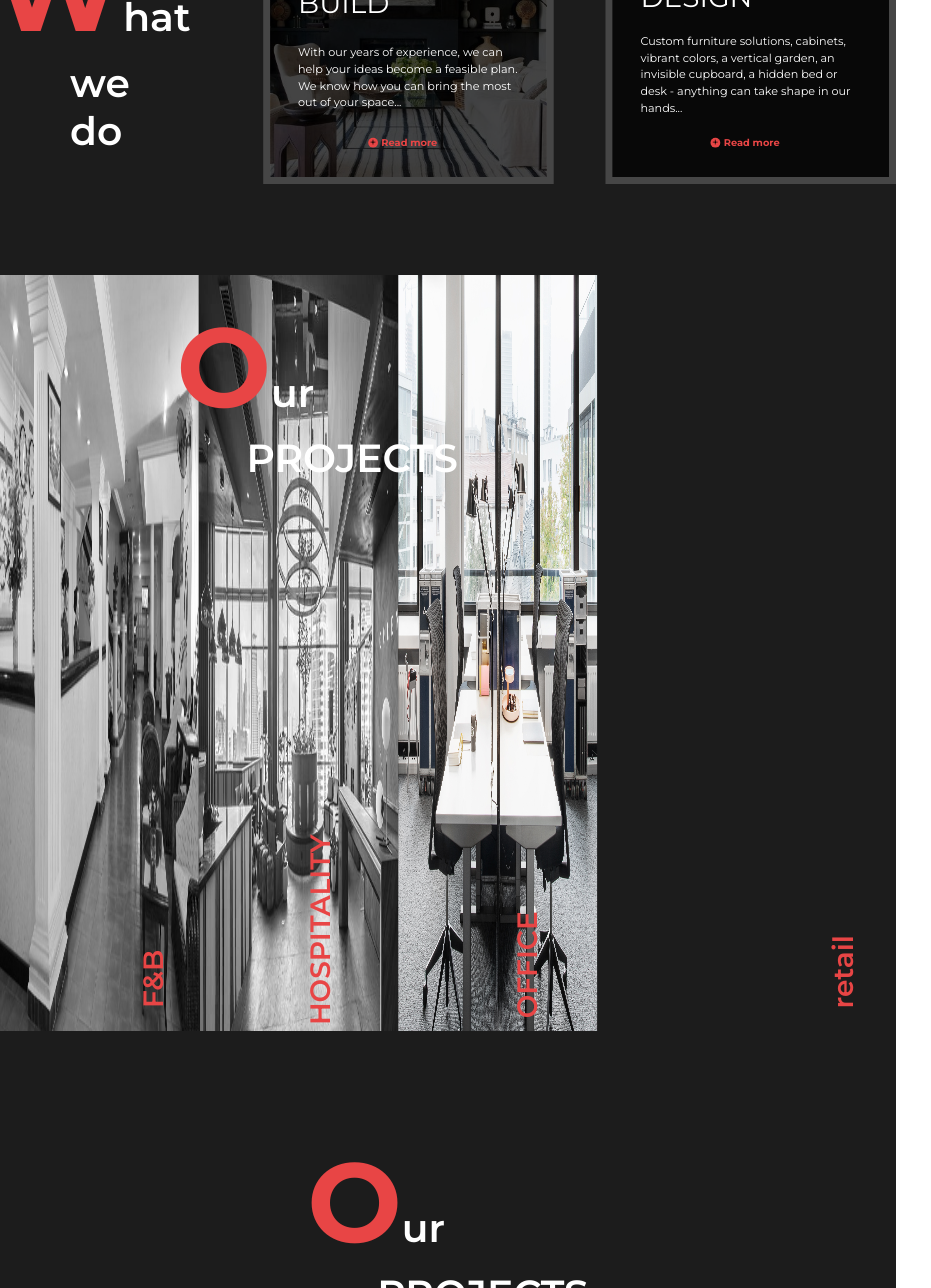
Repository: iphoneboy46/demoMonaFigma
Page: index.html
The author's editor kept a copy of each file at every save. The page is drawn from the files as they stood at one save, then again after the next save.
The browser window is 1280 px wide. The page is 1330 px wide, so the pictures cover 1330 px, including what lies to the right of the window. The pictures show the part of the page from y = 2277 to 4117 px (the page is 5304 px tall), at 70% of full size.
Some web libraries are served in a nearby version.

Above is the page before, as saved 2023-03-20 22:01:58.

After the next save:
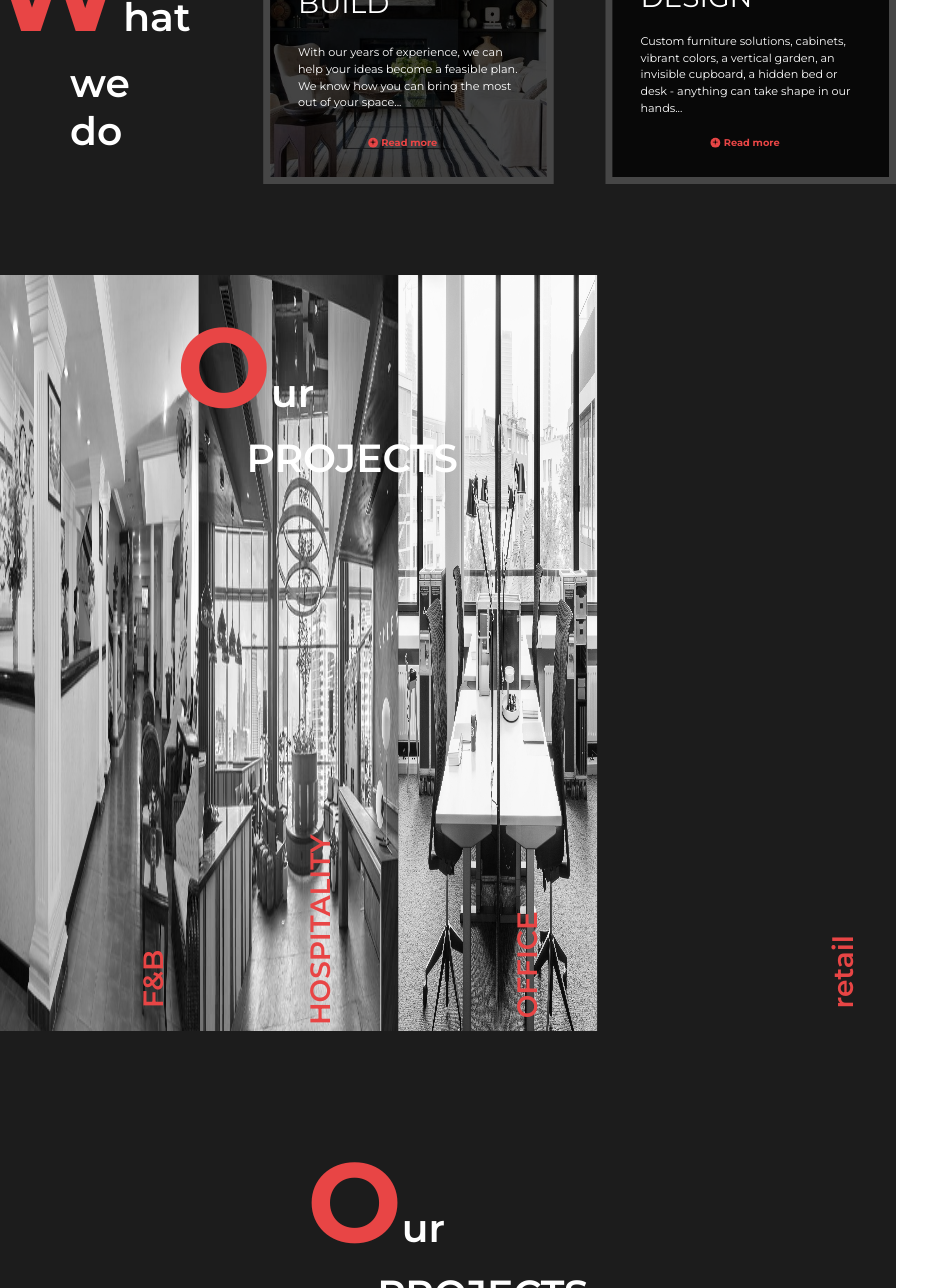
Saved 10 s later.
--- a/style.css
+++ b/style.css
@@ -844,7 +844,7 @@
   width:90%;
 }
 
-.section_img-3 > .img-2-color{
+.section_img-3 > .img-3-color{
   filter: grayscale(100%);
 }
 
